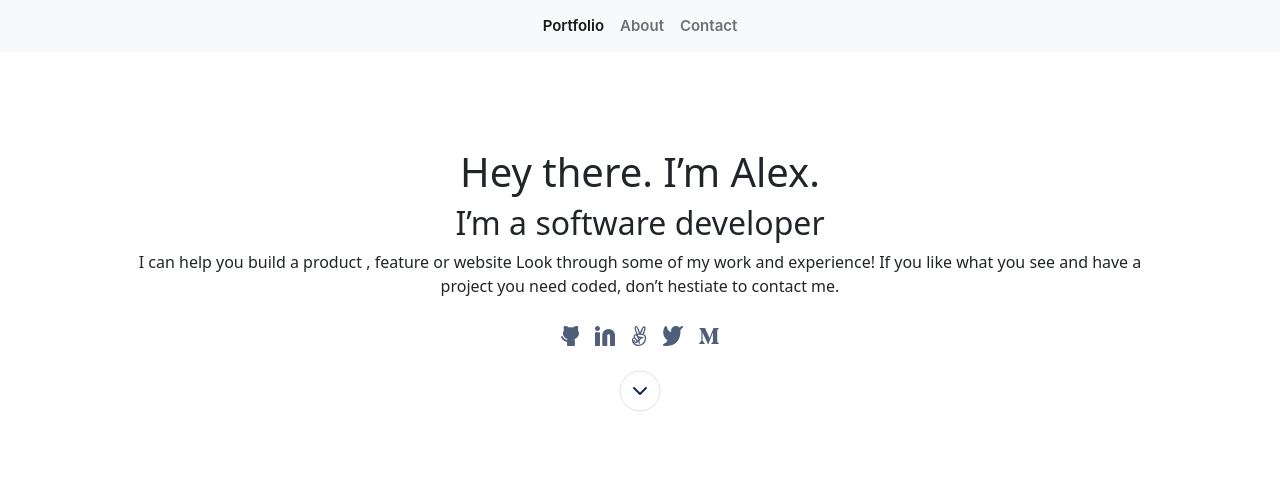
Repository: mustabbas/mustDico-Bootstrap
Page: index.html
These files come from the project's save history. The page is drawn as it stood at one moment and after the next save; the edit follows.
The browser window is 1280 px wide. The pictures show the whole page.

Above is the page before, as saved 2021-08-25 20:53:18.

### index.html
<!DOCTYPE html>
<html lang="en">
<head>
    <meta charset="UTF-8">
    <meta name="viewport" content="width=device-width, initial-scale=1.0">
    <meta http-equiv="X-UA-Compatible" content="ie=edge">
    <link rel="stylesheet" href="styles.css" />
    <title>MustDico's-Portfolio</title>
    <!-- CSS only -->
<link href="https://cdn.jsdelivr.net/npm/bootstrap@5.1.0/dist/css/bootstrap.min.css" rel="stylesheet" integrity="sha384-KyZXEAg3QhqLMpG8r+8fhAXLRk2vvoC2f3B09zVXn8CA5QIVfZOJ3BCsw2P0p/We" crossorigin="anonymous">
</head>
<body>
    <nav class="navbar navbar-expand-lg navbar-light bg-light">
        <div class="container-fluid">
          <button class="navbar-toggler" type="button" data-bs-toggle="collapse" data-bs-target="#navbarNav" aria-controls="navbarNav" aria-expanded="false" aria-label="Toggle navigation">
            <span class="navbar-toggler-icon"></span>
          </button>
          <div class="collapse navbar-collapse justify-content-center" id="navbarNav">
            <ul class="navbar-nav">
              <li class="nav-item">
                <a class="nav-link active" aria-current="page" href="#">Portfolio</a>
              </li>
              <li class="nav-item">
                <a class="nav-link" href="#">About</a>
              </li>
              <li class="nav-item">
                <a class="nav-link" href="#">Contact</a>
              </li>
            </ul>
          </div>
        </div>
      </nav>
      <section class="container mt-5 p-5">
            <h1 class="text-center">Hey there. I’m Alex.</h1>
            <h2 class="text-center">I’m a software developer</h2>
            <p class="text-center"> I can help you build a product , feature or website Look through some of my work and experience! If you like what you see and have a project you need coded,
                don’t hestiate to contact me.</p>
                <ul class="d-flex justify-content-center list-unstyled">
                    <li class="p-2"><img src="./img/github_dark.svg" alt="Vector-github" /></li>
                    <li class="p-2"><img src="./img/linkedin.svg" alt="Vecto-linkedin" /></li>
                    <li class="p-2"><img src="./img/angellist_dark.svg" alt="Vecto-angellist" /></li>
                    <li class="p-2"><img src="./img/twitter_dark.svg" alt="Vector-twitter" /></li>
                    <li class="p-2"><img src="./img/medium_dark.svg" alt="Vector-medium" /></li>
                </ul>
                <div class="d-flex justify-content-center mt-3"><img src="./img/ArrowDown.svg" alt="ArrowDown" /></div>
      </section>

    <!-- JavaScript Bundle with Popper -->
<script src="https://cdn.jsdelivr.net/npm/bootstrap@5.1.0/dist/js/bootstrap.bundle.min.js" integrity="sha384-U1DAWAznBHeqEIlVSCgzq+c9gqGAJn5c/t99JyeKa9xxaYpSvHU5awsuZVVFIhvj" crossorigin="anonymous"></script>
</body>
</html>

### styles.css

.nav-item {
    font-family: Inter;
    font-style: normal;
    font-weight: 600;
    font-size: 15px;
    line-height: 20px;
    color: #344563;
}

After the next save:
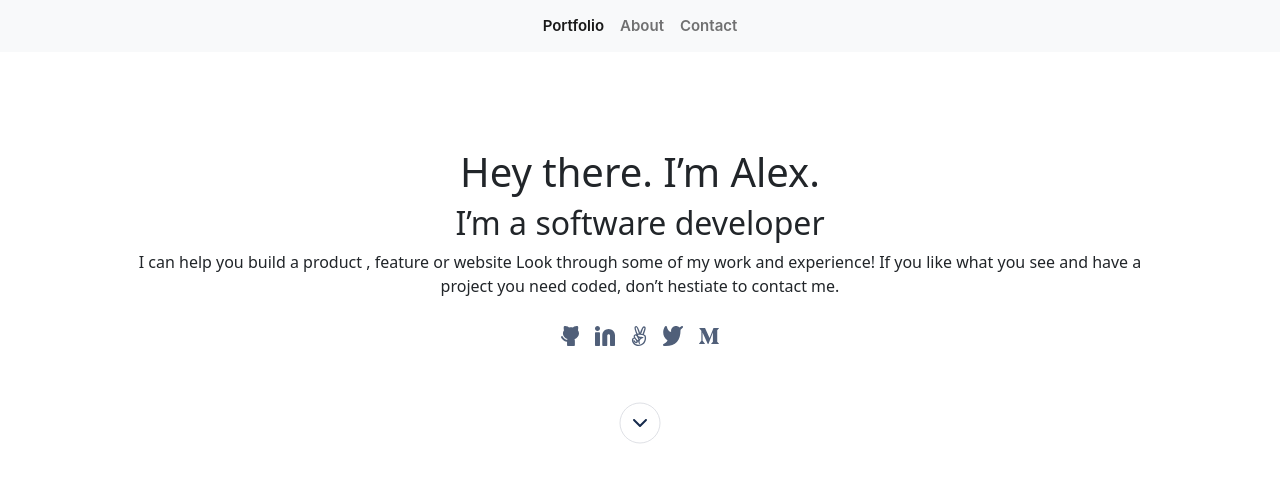
Saved 17 s later.
--- a/index.html
+++ b/index.html
@@ -42,7 +42,7 @@
                     <li class="p-2"><img src="./img/twitter_dark.svg" alt="Vector-twitter" /></li>
                     <li class="p-2"><img src="./img/medium_dark.svg" alt="Vector-medium" /></li>
                 </ul>
-                <div class="d-flex justify-content-center mt-3"><img src="./img/ArrowDown.svg" alt="ArrowDown" /></div>
+                <div class="d-flex justify-content-center mt-5"><img src="./img/ArrowDown.svg" alt="ArrowDown" /></div>
       </section>
 
     <!-- JavaScript Bundle with Popper -->
